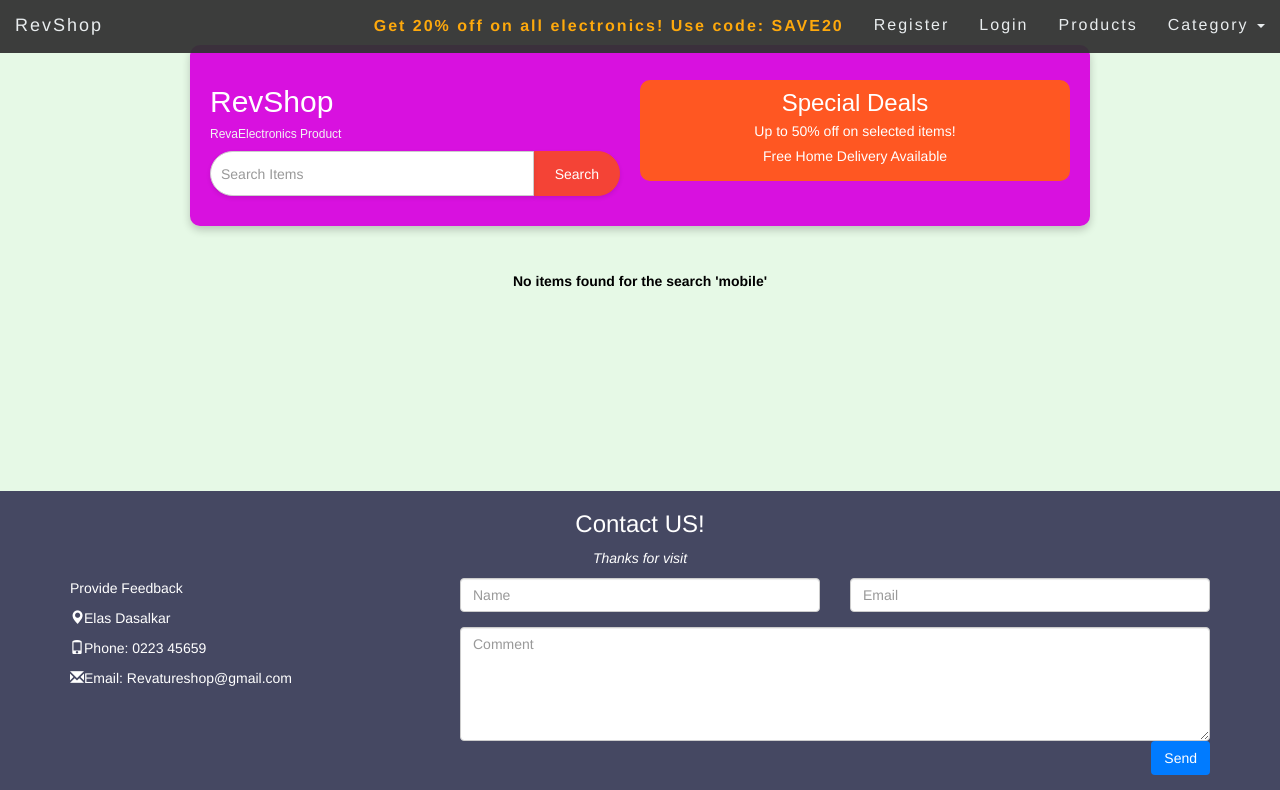
Repository: vilasdasalkar/RevaShop-Project-0
Page: http://localhost/RevShop/index.jsp?type=mobile
These files come from the project's save history. The page is drawn as it stood at one moment and after the next save; the edit follows.
The browser window is 1280 px wide. The pictures show the whole page.
The page is served by Tomcat 10. Other server files are loaded and not shown. Queries for data that is not in the repository find no rows.

Above is the page before, as saved 2024-08-30 10:12:58.

### RevShop/src/main/webapp/index.jsp
<%@ page language="java" contentType="text/html; charset=UTF-8"
    pageEncoding="UTF-8"%>
<%@ page import="com.revature.service.dao.*, com.revature.service.*,com.revature.data.*,java.util.*,jakarta.servlet.ServletOutputStream,java.io.*"%>
<!DOCTYPE html>
<html>
<head>
<title>RevShop</title>
<meta charset="utf-8">
<meta name="viewport" content="width=device-width, initial-scale=1">
<link rel="stylesheet"
	href="https://maxcdn.bootstrapcdn.com/bootstrap/3.4.0/css/bootstrap.min.css">
<link rel="stylesheet" href="css/changes.css">
<script
	src="https://ajax.googleapis.com/ajax/libs/jquery/3.4.1/jquery.min.js"></script>
<script
	src="https://maxcdn.bootstrapcdn.com/bootstrap/3.4.0/js/bootstrap.min.js"></script>
</head>
<body style="background-color: #E6F9E6;">

	<%
	/* Checking the user credentials */
	String userName = (String) session.getAttribute("username");
	String password = (String) session.getAttribute("password");
	String userType = (String) session.getAttribute("usertype");

	boolean isValidUser = true;

	if (userType == null || userName == null || password == null || !userType.equals("customer")) {

		isValidUser = false;
	}

	ProductServiceImpl prodDao = new ProductServiceImpl();
	List<ProductData> products = new ArrayList<ProductData>();

	String search = request.getParameter("search");
	String type = request.getParameter("type");
	String message = "All Products";
	if (search != null) {
		products = prodDao.searchAllProducts(search);
		message = "Showing Results for '" + search + "'";
	} else if (type != null) {
		products = prodDao.getAllProductsByType(type);
		message = "Showing Results for '" + type + "'";
	} else {
		products = prodDao.getAllProducts();
	}
	if (products.isEmpty()) {
		message = "No items found for the search '" + (search != null ? search : type) + "'";
		products = prodDao.getAllProducts();
	}
	%>

	<jsp:include page="header.jsp" />

	<div class="text-center"
		style="color: black; font-size: 14px; font-weight: bold;"><%=message%></div>
	<div class="text-center" id="message"
		style="color: black; font-size: 14px; font-weight: bold;"></div>
	<!-- Start of Product Items List -->
	<div class="container">
		<div class="row text-center">

			<%
			for (ProductData product : products) {
				int cartQty = new CartServiceImpl().getCartItemCount(userName, product.getProdId());
			%>
			<div class="col-sm-4" style='height: 350px;'>
				<div class="thumbnail">
					<img src="./ShowImage?pid=<%=product.getProdId()%>" alt="Product"
						style="height: 150px; max-width: 180px">
					<p class="productname"><%=product.getProdName()%>
					</p>
					<%
					String description = product.getProdInfo();
					description = description.substring(0, Math.min(description.length(), 100));
					%>
					<p class="productinfo"><%=description%>..
					</p>
					<p class="price">
						Rs
						<%=product.getProdPrice()%>
					</p>
					<form method="post">
						<%
						if (cartQty == 0) {
						%>
						<button type="submit"
							formaction="./AddToCart?uid=<%=userName%>&pid=<%=product.getProdId()%>&pqty=1"
							class="btn btn-success">Add to Cart</button>
						&nbsp;&nbsp;&nbsp;
						<button type="submit"
							formaction="./AddToCart?uid=<%=userName%>&pid=<%=product.getProdId()%>&pqty=1"
							class="btn btn-primary">Buy Now</button>
						<%
						} else {
						%>
						<button type="submit"
							formaction="./AddToCart?uid=<%=userName%>&pid=<%=product.getProdId()%>&pqty=0"
							class="btn btn-danger">Remove From Cart</button>
						&nbsp;&nbsp;&nbsp;
						<button type="submit" formaction="cartDetails.jsp"
							class="btn btn-success">Checkout</button>
						<%
						}
						%>
					</form>
					<br />
				</div>
			</div>

			<%
			}
			%>

		</div>
	</div>
	<!-- ENd of Product Items List -->


	<%@ include file="footer.html"%>

</body>
</html>

### RevShop/src/main/webapp/footer.html
<!DOCTYPE html>
<html>
<head>
<title>ShopMart</title>
<meta name="viewport" content="width=device-width, initial-scale=1">
<meta charset="utf-8">
<meta name="viewport" content="width=device-width, initial-scale=1">
<link rel="stylesheet"
	href="https://maxcdn.bootstrapcdn.com/bootstrap/3.4.0/css/bootstrap.min.css">
<script
	src="https://ajax.googleapis.com/ajax/libs/jquery/3.4.1/jquery.min.js"></script>
<script
	src="https://maxcdn.bootstrapcdn.com/bootstrap/3.4.0/js/bootstrap.min.js"></script>
<link rel="stylesheet" href="css/changes.css">
</head>
<body style="background-color: rgb(255, 255, 255);">
	<!-- Start the footer Contacts -->
	<!-- <a name="contact"></a> -->
	<div class="container-fluid"
		style="background-color: #454862; color: white; margin-top: 200px;">
		<div class="container">
			<h3 class="text-center">Contact US!</h3>
			<p class="text-center">
				<em>Thanks for visit</em>
			</p>
			<div class="row test">
				<div class="col-md-4">
					<p>Provide Feedback</p>
					<p>
						<span class="glyphicon glyphicon-map-marker"></span>Elas Dasalkar
					</p>
					<p>
						<span class="glyphicon glyphicon-phone"></span>Phone: 0223 45659

					</p>
					<p>
						<span class="glyphicon glyphicon-envelope"></span>Email:
						Revatureshop@gmail.com
					</p>

				</div>
				<div class="col-md-8">
					<form action="fansMessage" method="post">
						<div class="row">
							<div class="col-sm-6 form-group">
								<input class="form-control" id="name" name="name"
									placeholder="Name" type="text" required>
							</div>
							<div class="col-sm-6 form-group">
								<input class="form-control" id="email" name="email"
									placeholder="Email" type="email" required>
							</div>
						</div>
						<textarea class="form-control" id="comments" name="comments"
							placeholder="Comment" rows="5" required></textarea>
						<div class="row">
							<div class="col-md-12 form-group">
								<button class="btn pull-right" type="submit">Send</button>
							</div>
						</div>
					</form>
				</div>
			</div>
		</div>
	</div>
	<!-- End of Contact or about us -->

</body>
</html>

### RevShop/src/main/webapp/header.jsp
<%@ page language="java" contentType="text/html; charset=UTF-8"
    pageEncoding="UTF-8"%>
    <%@ page import="com.revature.service.dao.*, com.revature.service.*"%>
<!DOCTYPE html>
<html>
<head>
<title>Logout Header</title>
<meta charset="utf-8">
<meta name="viewport" content="width=device-width, initial-scale=1">
<link rel="stylesheet"
	href="https://maxcdn.bootstrapcdn.com/bootstrap/3.4.0/css/bootstrap.min.css">
<link rel="stylesheet" href="css/changes.css">
<script
	src="https://ajax.googleapis.com/ajax/libs/jquery/3.4.1/jquery.min.js"></script>
<script
	src="https://maxcdn.bootstrapcdn.com/bootstrap/3.4.0/js/bootstrap.min.js"></script>
<link rel="stylesheet"
	href="https://cdnjs.cloudflare.com/ajax/libs/font-awesome/4.7.0/css/font-awesome.min.css">

</head>
<body style="background-color: #01ff12;font-family: Verdana, sans-serif;">
	<!--Company Header Starting  -->
<div class="left"
    style="margin-top: 45px; background-color: #d811df; color: #10bababa; padding: 20px; border-radius: 10px; box-shadow: 0 4px 8px rgba(0, 0, 0, 0.2); max-width: 900px; margin: 45px auto;">
    <div style="display: flex; justify-content: space-between; align-items: center;">
        <!-- Left side: Search items -->
        <div style="flex: 1; margin-right: 20px;">
            <h2 style="font-family: 'Arial', sans-serif; color: white;">RevShop</h2>
            <h6 style="font-family: 'Arial', sans-serif; color: #f3f3f3;">RevaElectronics Product</h6>
<form class="form-inline" action="index.jsp" method="get">
    <div class="input-group" style="display: flex; width: 100%; align-items: center;">
        <input type="text" class="form-control" name="search"
            placeholder="Search Items" required
            style="flex: 1; border-radius: 30px 0 0 30px; padding: 10px; box-shadow: 0 2px 4px rgba(0, 0, 0, 0.1); border: 1px solid #ccc; height: 45px;">

        <input type="submit" class="btn btn-danger" value="Search"
            style="border-radius: 0 30px 30px 0; padding: 10px 20px; background-color: #f44336; border-color: #f44336; box-shadow: 0 2px 4px rgba(0, 0, 0, 0.1); cursor: pointer; height: 45px;">
    </div>
</form>

        </div>

        <!-- Right side: Special Deals -->
        <div style="flex: 1; background-color: #ff5722; color: white; padding: 10px; border-radius: 10px; text-align: center;">
            <h3 style="margin: 0; font-family: 'Arial', sans-serif;">Special Deals</h3>
            <p style="margin: 5px 0;">Up to 50% off on selected items!</p>
            <p style="margin: 5px 0;">Free Home Delivery Available</p>
        </div>
    </div>
    <p align="right"
        style="color: orange; font-weight: bold; margin-top: 10px; margin-bottom: 5px; font-family: 'Arial', sans-serif;"
        id="message"></p>
</div>



	<!-- Company Header Ending -->

	<%
	/* Checking the user credentials */
	String userType = (String) session.getAttribute("usertype");
	if (userType == null) { //LOGGED OUT
	%>

	<!-- Starting Navigation Bar -->
<nav class="navbar navbar-default navbar-fixed-top navbar-custom" style="background-color: #333;">
    <div class="container-fluid">
        <div class="navbar-header">
            <button type="button" class="navbar-toggle" data-toggle="collapse"
                data-target="#myNavbar">
                <span class="icon-bar"></span>
                <span class="icon-bar"></span>
                <span class="icon-bar"></span>
            </button>
            <a class="navbar-brand" href="index.jsp">RevShop</a>
        </div>
        <div class="collapse navbar-collapse" id="myNavbar" style="background-color: #333;">
            <ul class="nav navbar-nav navbar-right">
                <li><a href="register.jsp">Register</a></li>
                <li><a href="login.jsp">Login</a></li>
                <li><a href="index.jsp">Products</a></li>
                <li class="dropdown"><a class="dropdown-toggle"
                    data-toggle="dropdown" href="#">Category <span class="caret"></span>
                </a>
                    <ul class="dropdown-menu">
                        <li><a href="index.jsp?type=mobile">Mobiles</a></li>
                        <li><a href="index.jsp?type=tv">TVs</a></li>
                        <li><a href="index.jsp?type=laptop">Laptops</a></li>
                        <li><a href="index.jsp?type=camera">Camera</a></li>
                        <li><a href="index.jsp?type=speaker">Speakers</a></li>
                        <li><a href="index.jsp?type=tablet">Tablets</a></li>
                    </ul>
                </li>
            </ul>
            <!-- New div for discount text -->
            <div class="navbar-text navbar-right" style="color: orange; margin-right: 15px;">
                <strong>Get 20% off on all electronics! Use code: SAVE20</strong>
            </div>
        </div>
    </div>
</nav>

	<%
	} else if ("customer".equalsIgnoreCase(userType)) {

	int notf = new CartServiceImpl().getCartCount((String) session.getAttribute("username"));
	%>
	<nav class="navbar navbar-default navbar-fixed-top">

		<div class="container-fluid">
			<div class="navbar-header">
				<button type="button" class="navbar-toggle" data-toggle="collapse"
					data-target="#myNavbar">
					<span class="icon-bar"></span> <span class="icon-bar"></span> <span
						class="icon-bar"></span>
				</button>
				<a class="navbar-brand" href="userHome.jsp"><span
					class="glyphicon glyphicon-home">&nbsp;</span>RevShop</a>
			</div>

			<div class="collapse navbar-collapse" id="myNavbar">
				<ul class="nav navbar-nav navbar-right">
					<li><a href="userHome.jsp"><span
							class="glyphicon glyphicon-home">Products</span></a></li>
					<li class="dropdown"><a class="dropdown-toggle"
						data-toggle="dropdown" href="#">Category <span class="caret"></span>
					</a>
						<ul class="dropdown-menu">
							<li><a href="userHome.jsp?type=mobile">Mobiles</a></li>
							<li><a href="userHome.jsp?type=tv">TV</a></li>
							<li><a href="userHome.jsp?type=laptop">Laptops</a></li>
							<li><a href="userHome.jsp?type=camera">Camera</a></li>
							<li><a href="userHome.jsp?type=speaker">Speakers</a></li>
							<li><a href="userHome.jsp?type=tablet">Tablets</a></li>
						</ul></li>
					<%
					if (notf == 0) {
					%>
					<li><a href="cartDetails.jsp"> <span
							class="glyphicon glyphicon-shopping-cart"></span>Cart
					</a></li>

					<%
					} else {
					%>
					<li><a href="cartDetails.jsp"
						style="margin: 0px; padding: 0px;" id="mycart"><i
							data-count="<%=notf%>"
							class="fa fa-shopping-cart fa-3x icon-white badge"
							style="background-color: #333; margin: 0px; padding: 0px; padding-bottom: 0px; padding-top: 5px;">
						</i></a></li>
					<%
					}
					%>
					<li><a href="orderDetails.jsp">Orders</a></li>
					<li><a href="userProfile.jsp">Profile</a></li>
					<li><a href="./LogoutServlet">Logout</a></li>
				</ul>
			</div>
		</div>
	</nav>
	<%
	} else {
	%>
	<nav class="navbar navbar-default navbar-fixed-top">
		<div class="container-fluid">
			<div class="navbar-header">
				<button type="button" class="navbar-toggle" data-toggle="collapse"
					data-target="#myNavbar">
					<span class="icon-bar"></span> <span class="icon-bar"></span> <span
						class="icon-bar"></span>
				</button>
				<a class="navbar-brand" href="adminViewProduct.jsp"><span
					class="glyphicon glyphicon-home">&nbsp;</span>RevShop</a>
			</div>
			<div class="collapse navbar-collapse" id="myNavbar">
				<ul class="nav navbar-nav navbar-right">
					<li><a href="adminViewProduct.jsp">Products</a></li>
					<li class="dropdown"><a class="dropdown-toggle"
						data-toggle="dropdown" href="#">Category <span class="caret"></span>
					</a>
						<ul class="dropdown-menu">
							<li><a href="adminViewProduct.jsp?type=mobile">Mobiles</a></li>
							<li><a href="adminViewProduct.jsp?type=tv">Tvs</a></li>
							<li><a href="adminViewProduct.jsp?type=laptop">Laptops</a></li>
							<li><a href="adminViewProduct.jsp?type=camera">Camera</a></li>
							<li><a href="adminViewProduct.jsp?type=speaker">Speakers</a></li>
							<li><a href="adminViewProduct.jsp?type=tablet">Tablets</a></li>
						</ul></li>
					<li><a href="adminStock.jsp">Stock</a></li>
					<li><a href="shippedItems.jsp">Shipped</a></li>
					<li><a href="unshippedItems.jsp">Orders</a></li>
					<!-- <li><a href=""> <span class="glyphicon glyphicon-shopping-cart"></span>&nbsp;Cart</a></li> -->
					<li class="dropdown"><a class="dropdown-toggle"
						data-toggle="dropdown" href="#">Update Items <span
							class="caret"></span>
					</a>
						<ul class="dropdown-menu">
							<li><a href="addProduct.jsp">Add Product</a></li>
							<li><a href="removeProduct.jsp">Remove Product</a></li>
							<li><a href="updateProductById.jsp">Update Product</a></li>
						</ul></li>
					<li><a href="./LogoutServlet">Logout</a></li>

				</ul>
			</div>
		</div>
	</nav>
	<%
	}
	%>
	<!-- End of Navigation Bar -->
</body>
</html>

### RevShop/src/main/java/com/revature/service/ProductService.java
package com.revature.service;

import java.io.InputStream;
import java.util.List;

import com.revature.data.ProductData;

public interface ProductService {
	public String addProduct(String prodName, String prodType, String prodInfo, double prodPrice, int prodQuantity,
			InputStream prodImage);

	public String addProduct(ProductData product);

	public String removeProduct(String prodId);

	public String updateProduct(ProductData prevProduct, ProductData updatedProduct);

	public String updateProductPrice(String prodId, double updatedPrice);

	public List<ProductData> getAllProducts();

	public List<ProductData> getAllProductsByType(String type);

	public List<ProductData> searchAllProducts(String search);

	public byte[] getImage(String prodId);

	public ProductData getProductDetails(String prodId);

	public String updateProductWithoutImage(String prevProductId, ProductData updatedProduct);

	public double getProductPrice(String prodId);

	public boolean sellNProduct(String prodId, int n);

	public int getProductQuantity(String prodId);
}

### RevShop/src/main/java/com/revature/utilities/DBUtil.java
package com.revature.utilities;

import java.sql.Connection;
import java.sql.DriverManager;
import java.sql.PreparedStatement;
import java.sql.ResultSet;
import java.sql.SQLException;
import java.util.ResourceBundle;

public class DBUtil {
	private static Connection conn;

	public DBUtil() {
	}

	public static Connection provideConnection() {

		try {
			if (conn == null || conn.isClosed()) {
				ResourceBundle rb = ResourceBundle.getBundle("application");
				String connectionString = rb.getString("db.connectionString");
				String driverName = rb.getString("db.driverName");
				String username = rb.getString("db.username");
				String password = rb.getString("db.password");
				try {
					Class.forName(driverName);
				} catch (ClassNotFoundException e) {
					e.printStackTrace();
				}
				conn = DriverManager.getConnection(connectionString, username, password);

			}
		} catch (SQLException e) {
			// TODO Auto-generated catch block
			e.printStackTrace();
		}

		return conn;
	}

	public static void closeConnection(Connection con) {
	}

	public static void closeConnection(ResultSet rs) {
		try {
			if (rs != null && !rs.isClosed()) {
				try {
					rs.close();
				} catch (SQLException e) {
					// TODO Auto-generated catch block
					e.printStackTrace();
				}
			}
		} catch (SQLException e) {
			// TODO Auto-generated catch block
			e.printStackTrace();
		}
	}

	public static void closeConnection(PreparedStatement ps) {
		try {
			if (ps != null && !ps.isClosed()) {
				try {
					ps.close();
				} catch (SQLException e) {
					// TODO Auto-generated catch block
					e.printStackTrace();
				}
			}
		} catch (SQLException e) {
			// TODO Auto-generated catch block
			e.printStackTrace();
		}
	}
}

### RevShop/src/main/webapp/css/changes.css
body {
    background-color: #f7f9fc; /* Lighter background for a cleaner look */
}

/* Navbar Styles */
.navbar {
    margin-bottom: 0;
    background-color: #343a40; /* Darker background for the navbar */
    border: 0;
    font-size: 16px; /* Slightly larger font size for better readability */
    letter-spacing: 2px;
    opacity: 0.95; /* Slightly less transparency for better visibility */
}

/* Navbar Links */
.navbar li a, .navbar .navbar-brand {
    color: #e9ecef !important; /* Light color for better contrast */
}

/* Navbar Link Hover */
.navbar-nav li a:hover {
    color: #f39c12 !important; /* Orange color for hover effect */
}

/* Active Navbar Link */
.navbar-nav li.active a {
    color: #ffffff !important;
    background-color: #495057 !important; /* Slightly lighter gray */
}

/* Collapsible Button */
.navbar-default .navbar-toggle {
    border-color: transparent;
}

/* Dropdown Menu */
.open .dropdown-toggle {
    color: #ffffff;
    background-color: #6c757d !important; /* Lighter gray for dropdown toggle */
}

/* Dropdown Links */
.dropdown-menu li a {
    color: #333 !important; /* Dark color for readability */
}

/* Dropdown Hover Links */
.dropdown-menu li a:hover {
    background-color: #f1f1f1 !important; /* Light gray for hover effect */
}

/* Button Styles */
button {
    background-color: #007bff; /* Blue background for buttons */
    color: white;
    font-weight: bold;
    border: 1px solid #007bff;
    padding: 10px 20px;
    border-radius: 5px;
}

button:hover {
    background-color: #0056b3; /* Darker blue on hover */
    color: white;
    border: 1px solid #0056b3;
}

/* Background Colors */
.bg-1 {
    background: #343a40; /* Dark background for sections */
    color: #e9ecef; /* Light text color for contrast */
}

.bg-1 h3 {
    color: #ffffff;
}

.bg-1 p {
    font-style: italic;
}

/* Products Section */
.products {
    background-color: #ffffff; /* White background for product section */
    padding: 20px;
    border-radius: 8px;
    box-shadow: 0 4px 8px rgba(0, 0, 0, 0.1); /* Subtle shadow for depth */
}

/* Jumbotron */
.jumbotron {
    background-color: #28a745; /* Green background for jumbotron */
    color: #ffffff;
    padding: 30px;
    border-radius: 8px;
}

/* Price Tag */
.price {
    color: #e74c3c; /* Red color for price */
    font-weight: bold;
    font-size: 22px; /* Larger font size for prominence */
}

/* Product Name */
.productname {
    color: #2ecc71; /* Green color for product names */
    font-size: 18px;
    font-family: 'Arial', sans-serif;
}

/* Product Info */
.productinfo {
    color: #333; /* Darker color for product info text */
    font-size: 14px;
}

/* Responsive Tabs */
@media only screen and (min-width: 601px) {
    .tab {
        border-radius: 10px;
        background-color: #ffffff;
        font-weight: bold;
        font-size: 22px;
        margin: 20px;
        padding: 20px;
    }
}

@media only screen and (max-width: 600px) {
    .tab {
        border-radius: 10px;
        background-color: #ffffff;
        font-weight: bold;
        font-size: 18px;
        margin: 2%;
        padding: 12px;
    }
}

/* Shopping Cart Notification Badge */
.icon-blue {
    color: #007bff; /* Blue color for icons */
}

.icon-grey {
    color: #6c757d; /* Gray color for inactive icons */
}

i {
    width: 70px;
    height: 50px;
    text-align: center;
    vertical-align: middle;
    position: relative;
}

/* Badge Styling */
.badge:after {
    content: attr(data-count);
    position: absolute;
    background: #e74c3c; /* Red background for badge */
    height: 2rem;
    top: 0.15rem;
    right: 0.15rem;
    width: 2rem;
    text-align: center;
    line-height: 2rem;
    font-size: 1rem;
    border-radius: 50%;
    color: white;
    border: 1px solid #e74c3c;
    font-family: sans-serif;
    font-weight: bold;
}

i.fa::before {
    font-size: 3rem !important;
}

Loaded but not shown: RevShop/src/main/java/com/revature/service/dao/ProductServiceImpl.java (537 lines, source omitted)

After the next save:
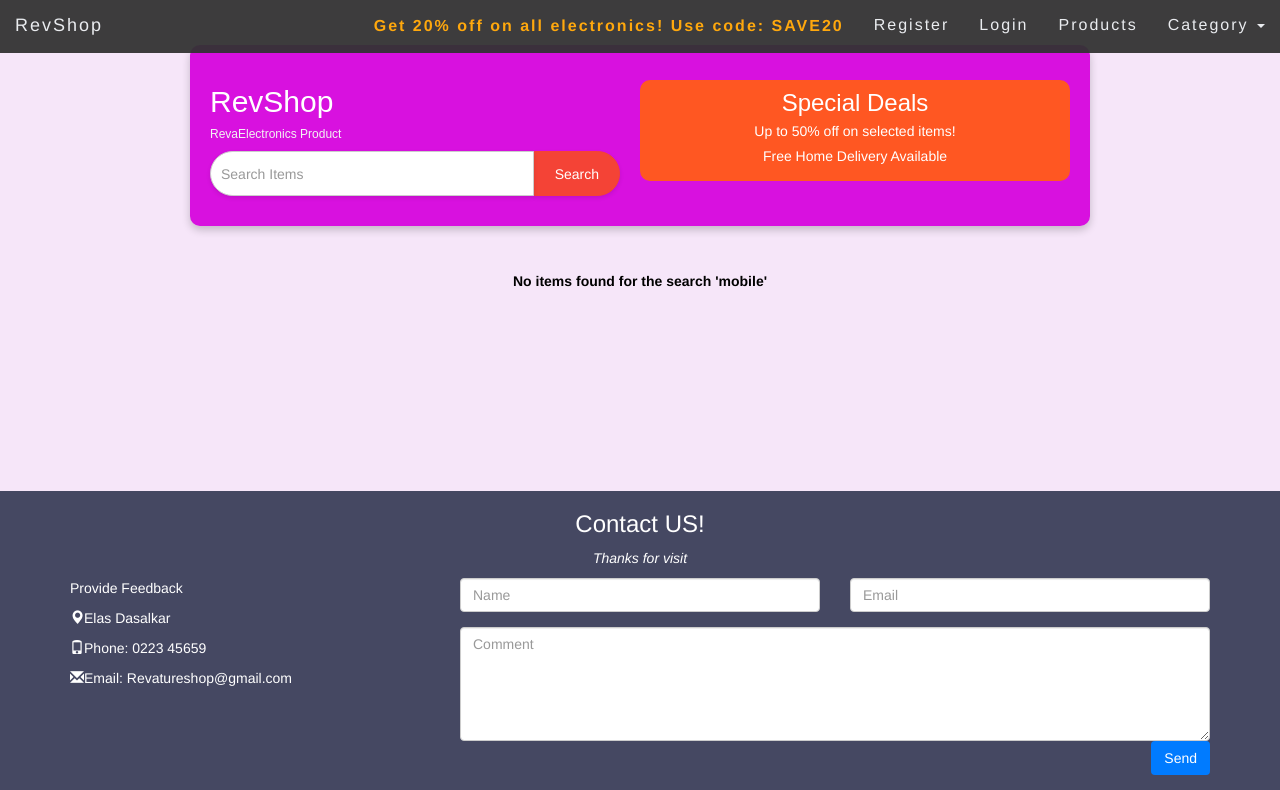
Saved 67 s later.
--- a/RevShop/src/main/webapp/index.jsp
+++ b/RevShop/src/main/webapp/index.jsp
@@ -15,7 +15,7 @@
 <script
 	src="https://maxcdn.bootstrapcdn.com/bootstrap/3.4.0/js/bootstrap.min.js"></script>
 </head>
-<body style="background-color: #E6F9E6;">
+<body style="background-color: #f6e6f9;">
 
 	<%
 	/* Checking the user credentials */
